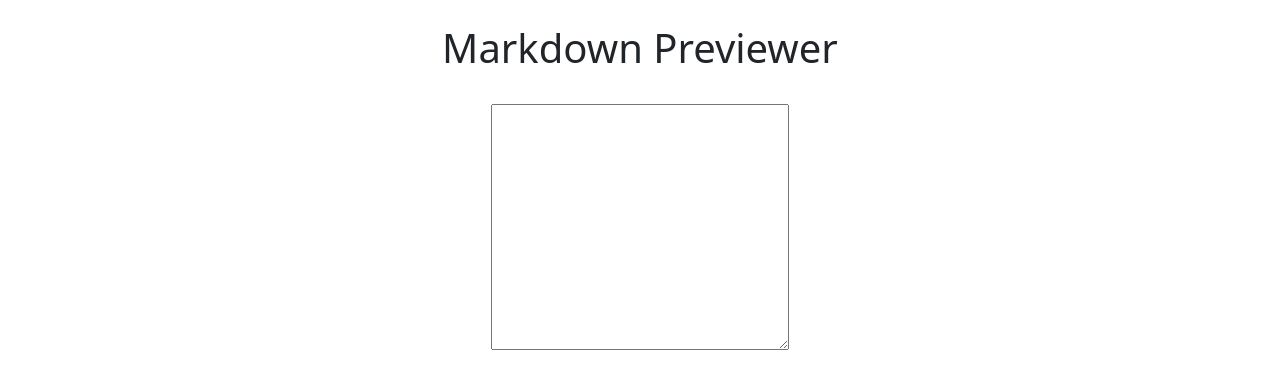
Repository: MikeeBuilds/markdownpreviewer
Page: index.html
These files come from the project's save history. The page is drawn as it stood at one moment and after a run of saves; the edit follows.
The browser window is 1280 px wide. The pictures show the whole page.

Above is the page before, as saved 2023-04-15 14:18:53.

### index.html
<!DOCTYPE html>
<html lang="en">
  <head>
    <meta charset="UTF-8" />
    <meta http-equiv="X-UA-Compatible" content="IE=edge" />
    <meta name="viewport" content="width=device-width, initial-scale=1.0" />
    <link rel="stylesheet" href="https://cdnjs.cloudflare.com/ajax/libs/twitter-bootstrap/5.2.3/css/bootstrap.min.css"/>
    <link rel="stylesheet" href="./style.css" />
    <script
      crossorigin
      src="https://unpkg.com/react@16/umd/react.development.js"
    ></script>
    <script
      crossorigin
      src="https://unpkg.com/react-dom@16/umd/react-dom.development.js"
    ></script>
    <script src="https://unpkg.com/@babel/standalone/babel.min.js"></script>
    <title>Markdown Previewer</title>
  </head>
  <body>
    <div id="root"></div>
    <script type="text/babel" src="./index.js"></script>
  </body>
</html>

### index.js
function App() {
    return (
        <div className="text-center px-4">
            <h1 className="p-4">Markdown Previewer</h1>
            <textarea name="text" id="text" cols="30" rows="10" className="textarea" />
        </div>

    )
}




ReactDOM.render(<App />, document.getElementById('root'));

Loaded but not shown: style.css (no stored copy; drawn as an empty file)

After the next 3 saves:
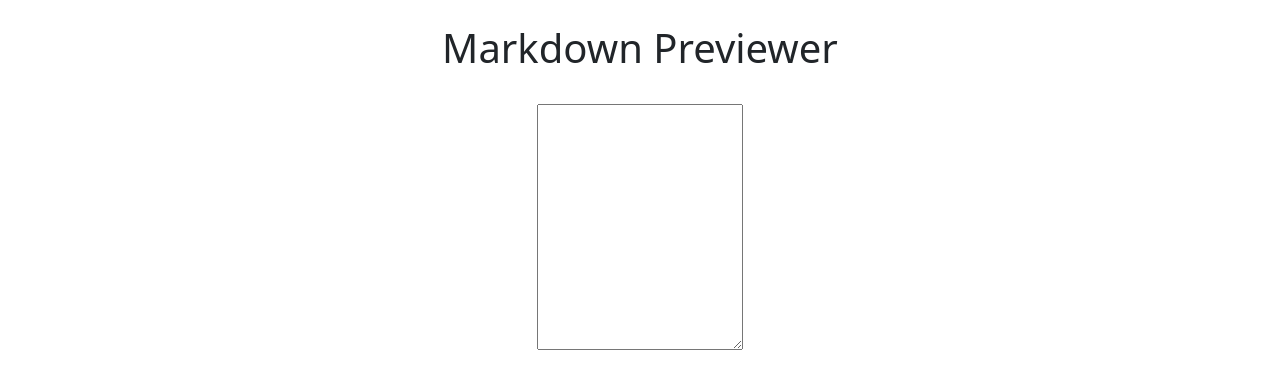
The 3 saves are shown as one change because they came seconds apart.
The last was saved 16 s later.
--- a/index.js
+++ b/index.js
@@ -2,7 +2,7 @@ function App() {
     return (
         <div className="text-center px-4">
             <h1 className="p-4">Markdown Previewer</h1>
-            <textarea name="text" id="text" cols="30" rows="10" className="textarea" />
+            <textarea name="text" id="text" value="" rows="10" className="textarea" />
         </div>
 
     )
